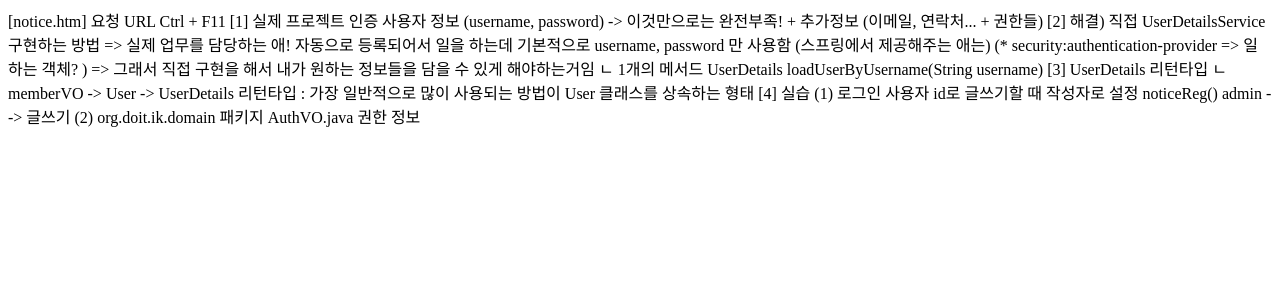
Repository: Vida0822/-
Page: SL11_SECURITY3_USERDETAILSSERVICE/src/main/webapp/customer/notice.htm
An editor plug-in stored every save of this project. The page is shown before and after the next save, followed by the edit.
The browser window is 1280 px wide. The pictures show the whole page.

Above is the page before, as saved 2023-07-05 02:22:44.

### SL11_SECURITY3_USERDETAILSSERVICE/src/main/webapp/customer/notice.htm
[notice.htm] 요청 URL
Ctrl + F11

[1] 실제 프로젝트
	인증 사용자 정보 (username, password) -> 이것만으로는 완전부족!
	+ 추가정보 (이메일, 연락처... + 권한들)

[2] 해결) 직접 UserDetailsService 구현하는 방법
=> 실제 업무를 담당하는 애! 자동으로 등록되어서 일을 하는데 기본적으로 username, password 만 사용함 (스프링에서 제공해주는 애는)
	(* security:authentication-provider  => 일하는 객체? )
=> 그래서 직접 구현을 해서 내가 원하는 정보들을 담을 수 있게 해야하는거임

	ㄴ 1개의 메서드
		UserDetails loadUserByUsername(String username)

[3] UserDetails 리턴타입
	ㄴ  memberVO -> User -> UserDetails 리턴타입
	: 가장 일반적으로 많이 사용되는 방법이 User 클래스를 상속하는 형태

[4] 실습
	(1)  로그인 사용자 id로 글쓰기할 때 작성자로 설정
	noticeReg()		admin --> 글쓰기

	(2) org.doit.ik.domain 패키지
		AuthVO.java 권한 정보

After the next save:
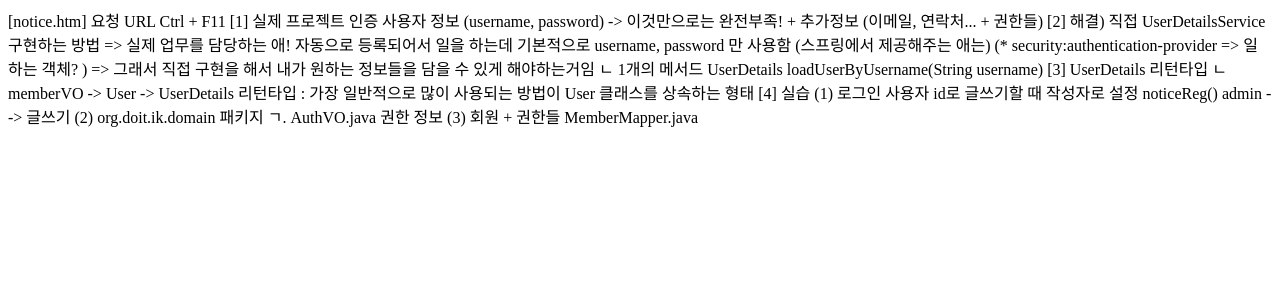
Saved 32 s later.
--- a/SL11_SECURITY3_USERDETAILSSERVICE/src/main/webapp/customer/notice.htm
+++ b/SL11_SECURITY3_USERDETAILSSERVICE/src/main/webapp/customer/notice.htm
@@ -22,4 +22,6 @@ Ctrl + F11
 	noticeReg()		admin --> 글쓰기
 
 	(2) org.doit.ik.domain 패키지
-		AuthVO.java 권한 정보
+		ㄱ. AuthVO.java 권한 정보
+
+	(3) 회원 + 권한들 MemberMapper.java
